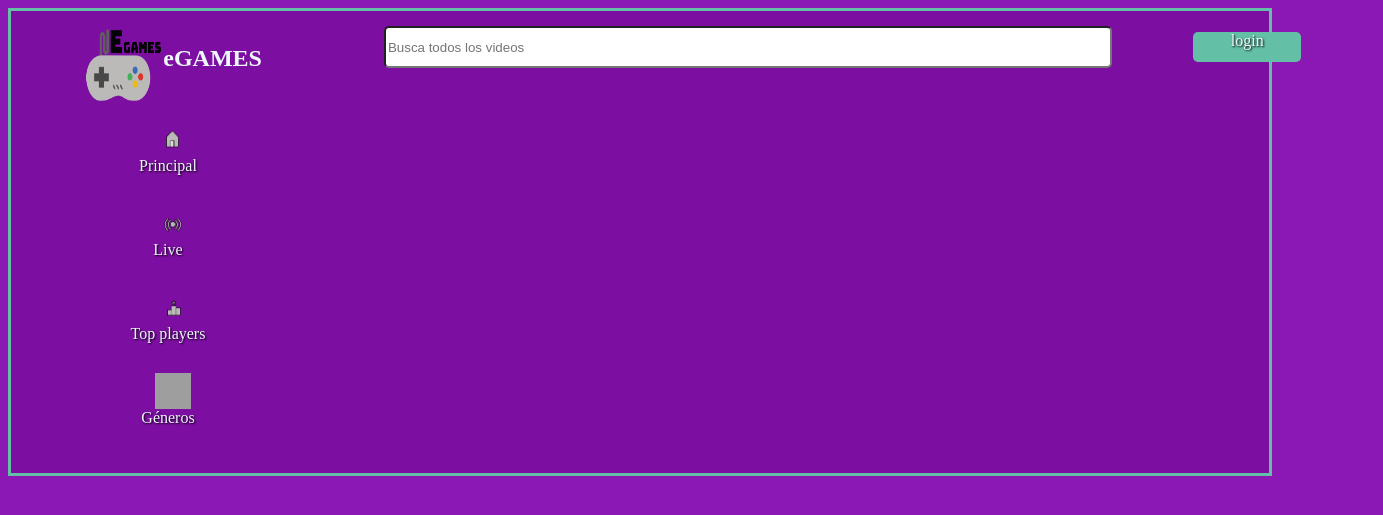
Repository: Meinuel/eGamesGonzalez
Page: index.html
These files come from the project's save history. The page is drawn as it stood at one moment and after the next save; the edit follows.
The browser window is 1280 px wide. The page is 1383 px wide, so the pictures cover 1383 px, including what lies to the right of the window. The pictures show the whole page.
Pictures or frames that could not be fetched are drawn as grey boxes. Some web fonts or font styles are not loaded; a fallback is used.

Above is the page before, as saved 2021-06-24 16:09:22.

### index.html
<!DOCTYPE html>
<html lang="en">

<head>
    <meta charset="UTF-8">
    <meta http-equiv="X-UA-Compatible" content="IE=edge">
    <meta name="viewport" content="width=device-width, initial-scale=1.0">
    <link rel="preconnect" href="https://fonts.gstatic.com">
    <link href="https://fonts.googleapis.com/css2?family=Baloo+Tammudu+2&display=swap" rel="stylesheet">
    <link rel="stylesheet" href="css/styleGrid.css">
    <title>eGames</title>
</head>

<body>
    <div id="grilla" class="bordesNavegacion">
        <nav class="borders">
            <div class="logotipo">
                <img src="assets/Icons/eGamesLogo.png" alt="Logo eGames" class="logoIcon">
                <h1>eGAMES</h1>
            </div>
            <ul>
                <li>
                    <a href="../index.html"><img class="icons" src="assets/icons/principal.png" alt="main"> Principal</a>
                </li>
                <li>
                    <a href="secciones/eGamesLive.html"><img class="icons" src="assets/icons/live.png" alt="main">Live</a>
                </li>
                <li>
                    <a href="secciones/eGamesTopPlayers.html"><img class="icons" src="assets/icons/top.png" alt="main">Top players</a>
                </li>
                <li>
                    <a href="secciones/eGamesGeneros.html"><img class="icons" src="assets/icons/genero.png" alt="main">Géneros</a>
                </li>
            </ul>
        </nav>
        <header>
            <div>
                <input type="text" class="borders" name="searchInput" id="searchInput" placeholder="Busca todos los videos">
            </div>
            <div>
                <a href="secciones/eGamesSignUp.html" class="boton borders">login</a>
            </div>
        </header>
    </div>
    <!-- <section id="publicidad">
        <img class="borders" src="assets/gif/mario.gif" alt="mario gif"></div>
    </section> -->
    <main></main>
    <footer></footer>
</body>

</html>

### css/styleGrid.css
body {
    background-color: #8c18b3;
    color: aliceblue;
}

#grilla {
    font-family: 'Baloo Tammudu 2';
    display: grid;
    grid-template-areas: "nav header" "nav publicidad" "nav main" "nav footer";
    grid-template-rows: 10vh auto 10%;
    grid-template-columns: 40vh 150vh;
    grid-column-gap: 0.5vh;
    grid-row-gap: 10px;
}

header {
    /* background-color: aqua; */
    grid-area: header;
    display: flex;
    align-items: center;
    justify-content: space-evenly;
}

footer {
    grid-area: footer;
}

nav {
    grid-area: nav;
    /* background-color: #7d0ea2;
    border-style: solid;
    border-color: #63BFA5; */
    display: flex;
    flex-direction: column;
    align-items: center;
    margin-left: 5vh;
    margin-top: 2vh;
}

li {
    list-style: none;
    display: flex;
    flex-direction: column;
    margin-bottom: 30px;
}

ul {
    margin-right: 50px;
}

a {
    display: flex;
    flex-direction: column;
    align-items: center;
    color: aliceblue;
    text-shadow: 1px 1px 2px black;
    text-decoration: none;
}

input {
    min-width: 100vh;
    min-height: 5vh;
}

.borders {
    border-radius: 5px;
}

.icons {
    width: 5vh;
    height: 5vh;
    margin-left: 10px;
}

.boton {
    min-width: 15vh;
    height: 30px;
    color: aliceblue;
    background: #63BFA5;
    text-decoration: none;
    text-shadow: 1px 1px 2px black;
}

section#publicidad {
    grid-area: "publicidad";
    margin-left: 105px;
}

.logoIcon {
    width: 11vh;
    height: 11vh;
}

.logotipo {
    display: flex;
}

.bordesNavegacion {
    background-color: #7d0ea2;
    border-style: solid;
    border-color: #63BFA5;
}

After the next save:
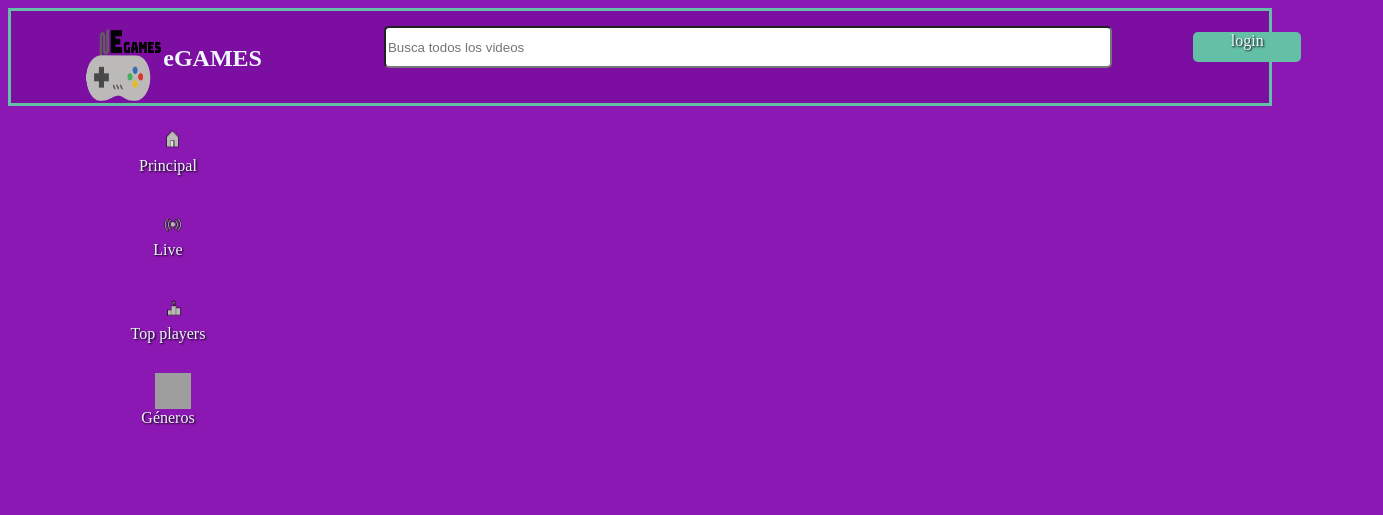
Saved 69 s later.
--- a/css/styleGrid.css
+++ b/css/styleGrid.css
@@ -6,7 +6,7 @@
 #grilla {
     font-family: 'Baloo Tammudu 2';
     display: grid;
-    grid-template-areas: "nav header" "nav publicidad" "nav main" "nav footer";
+    grid-template-areas: "nav header";
     grid-template-rows: 10vh auto 10%;
     grid-template-columns: 40vh 150vh;
     grid-column-gap: 0.5vh;
